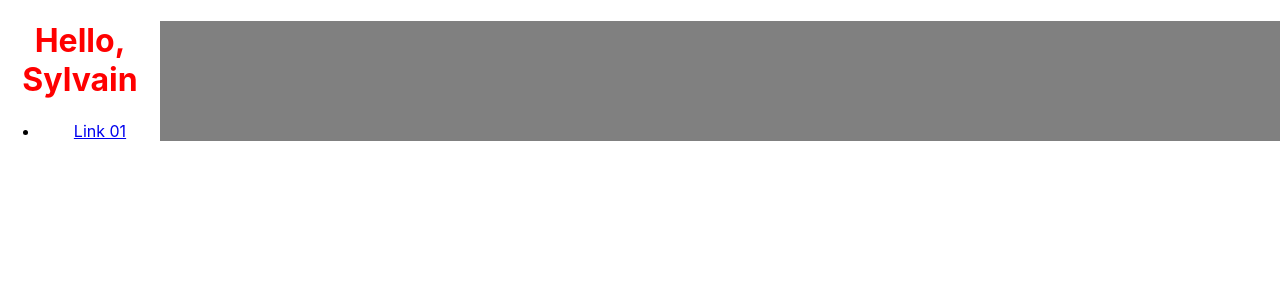
Repository: sylvainJacot/JS_Studio_2019
Page: /
The author's editor kept a copy of each file at every save. The page is drawn from the files as they stood at one save, then again after a run of saves.
The browser window is 1280 px wide. The pictures show the whole page.
The project was rebuilt for these pictures with package versions that can differ from the ones it lists, and the page was loaded fresh each time.

Above is the page before, as saved 2019-05-31 18:05:50.

### src/App.js
import React from "react";
import "./App.css";
import PropTypes from 'prop-types';
import Header from "./components/header";
import styled from 'styled-components';

const Body = styled.div`
background-color: grey;
margin: 0;
padding: 0;
`;

function App() {
  return (
    <div className="App">
      <Body>
<Header name="Sylvain"/>
</Body></div>
  );
}

App.propTypes = {
  name: PropTypes.string
}

export default App;

### src/components/header.js
import React from "react";
import PropTypes from 'prop-types';
import styled from 'styled-components';
import {color} from './colors';

// Stylesheet

const HeaderContainer = styled.div`
background-color: ${color.white};
width: 160px;
height: 100%;
`;

const Title = styled.h1`
color: red;
`;

const MenuContainer = styled.ul``;
const MenuItem = styled.li``;
const MenuLink = styled.a``;

//Mapping /Looping (un loop en javascript)

const tiles = [
  {href:"/", title:"First", LinkName:"Link 01"},
];

class Header extends React.Component {
    render() {
      return (
        <HeaderContainer>
        <Title>Hello, {this.props.name}</Title>
        <MenuContainer>
          <MenuItem>
            { tiles.map((tile, index) => (
            <MenuLink key={`tile-${index}`} href={tile.href} title={tile.title}>{tile.LinkName}</MenuLink> ))}
          </MenuItem>
          </MenuContainer>
        </HeaderContainer>
      );
    }
  }

Header.propTypes = {
    name: PropTypes.string
  };

  Header.defaultProps = {
    name: 'Stranger'
  };

  export default Header;

### src/components/colors.js
export const color = {
white:"White",
blue:"#000000",
};

Loaded but not shown: public/index.html (common file); src/index.js (common file); src/index.css (common file); src/serviceWorker.js (common file); src/App.css (common file)

After the next 5 saves:
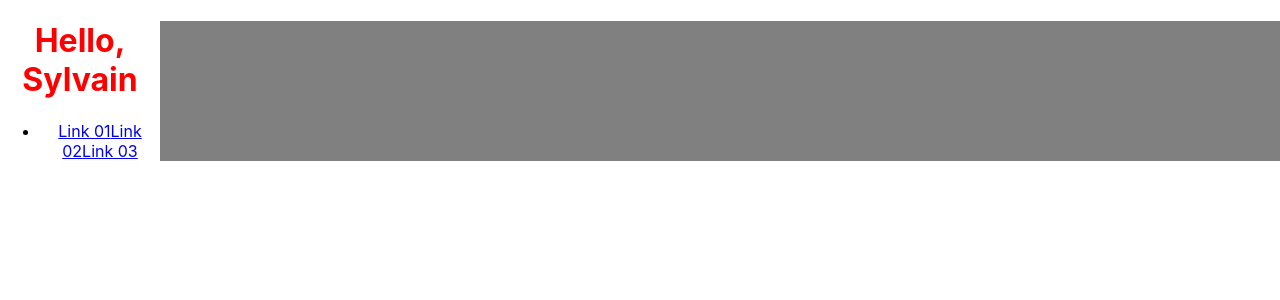
The 5 saves are shown as one change because they came seconds apart.
The last was saved 18 s later.
--- a/src/components/header.js
+++ b/src/components/header.js
@@ -23,6 +23,8 @@
 
 const tiles = [
   {href:"/", title:"First", LinkName:"Link 01"},
+  {href:"/", title:"Second", LinkName:"Link 02"},
+  {href:"/", title:"Third", LinkName:"Link 03"},
 ];
 
 class Header extends React.Component {
